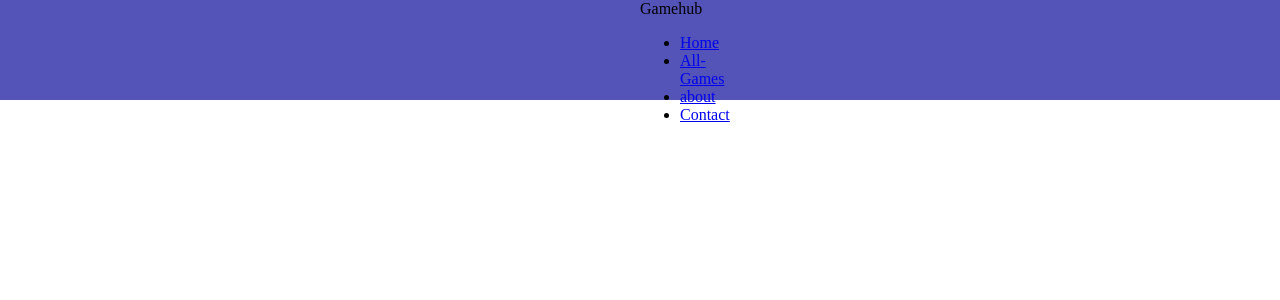
Repository: Fariaddd/New-CA-
Page: index.html
The author's editor kept a copy of each file at every save. The page is drawn from the files as they stood at one save, then again after the next save.
The browser window is 1280 px wide. The pictures show the whole page.

Above is the page before, as saved 2021-11-13 17:38:58.

### index.html
<!DOCTYPE html>
<html lang="en">
  <head>
    <meta charset="UTF-8" />
    <meta http-equiv="X-UA-Compatible" content="IE=edge" />
    <meta name="viewport" content="width=device-width, initial-scale=1.0" />
    <title>Homepage</title>
    <link rel="stylesheet" href="./css/styles.css" />
  </head>
  <body>
    <header>
      <nav>
        <div class="Logo">Gamehub</div>
        <ul class="links">
          <li><a href="index.html">Home</a></li>
          <li><a href="allgames.html">All-Games</a></li>
          <li><a href="about.html">about</a></li>
          <li><a href="contact.html">Contact</a></li>
        </ul>
      </nav>
    </header>
  </body>
</html>

### css/styles.css
nav {
  position: fixed;
  z-index: 10;
  left: 0;
  right: 0;
  top: 0;
  font-family: "montserrat" sans-serif;
  padding: 0 50%;
  height: 100px;
  background-color: rgb(83, 83, 184);
}

nav.logo {
  float: left;
  width: 40px;
  height: 100px;
  display: flex;
}

nav.link {
  float: right;
}

After the next save:
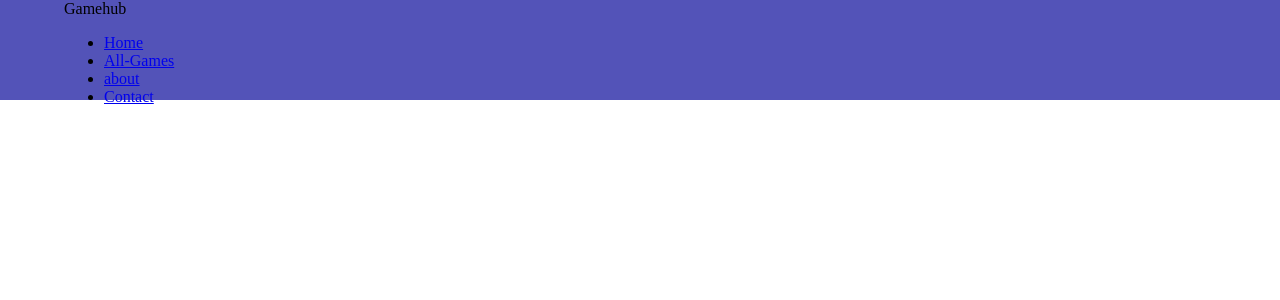
Saved 4 s later.
--- a/css/styles.css
+++ b/css/styles.css
@@ -5,7 +5,7 @@
   right: 0;
   top: 0;
   font-family: "montserrat" sans-serif;
-  padding: 0 50%;
+  padding: 0 5%;
   height: 100px;
   background-color: rgb(83, 83, 184);
 }
